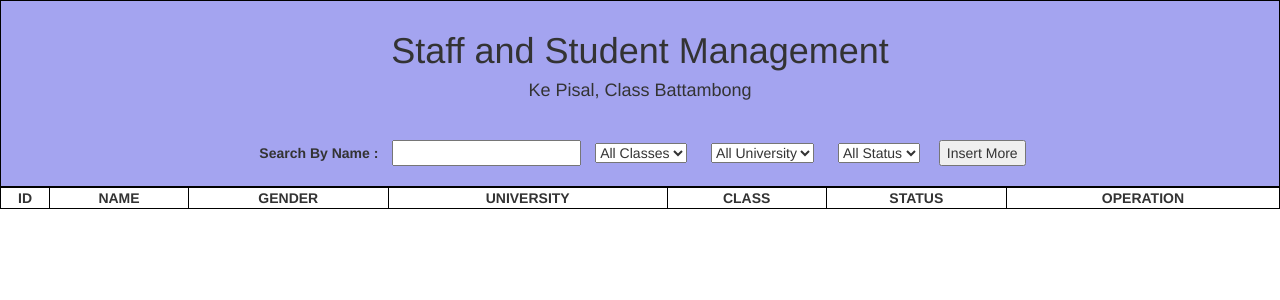
Repository: kepisal/ServletJAVA
Page: http://localhost/AjaxStaffandStudent/
These files come from the project's save history. The page is drawn as it stood at one moment and after the next save; the edit follows.
The browser window is 1280 px wide. The pictures show the whole page.
The page is served by Tomcat 9. Queries for data that is not in the repository find no rows.

Above is the page before, as saved 2015-07-10 13:38:29.

After the next save:
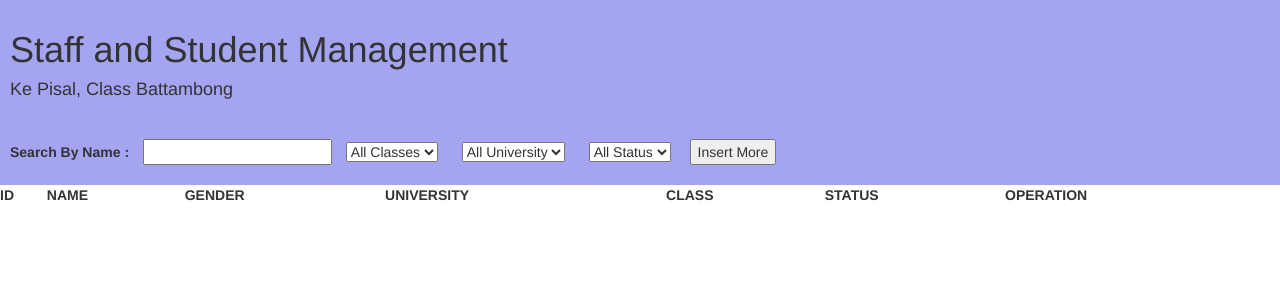
Saved 33 s later.
--- a/AjaxStaffandStudent/WebContent/index.jsp
+++ b/AjaxStaffandStudent/WebContent/index.jsp
@@ -28,7 +28,7 @@ option {
 	height: 23px;
 }
 
-table, th, td, #sheader {
+table, th, td, {
 	border: 1px solid black;
 	border-collapse: collapse;
 	text-align: center;
